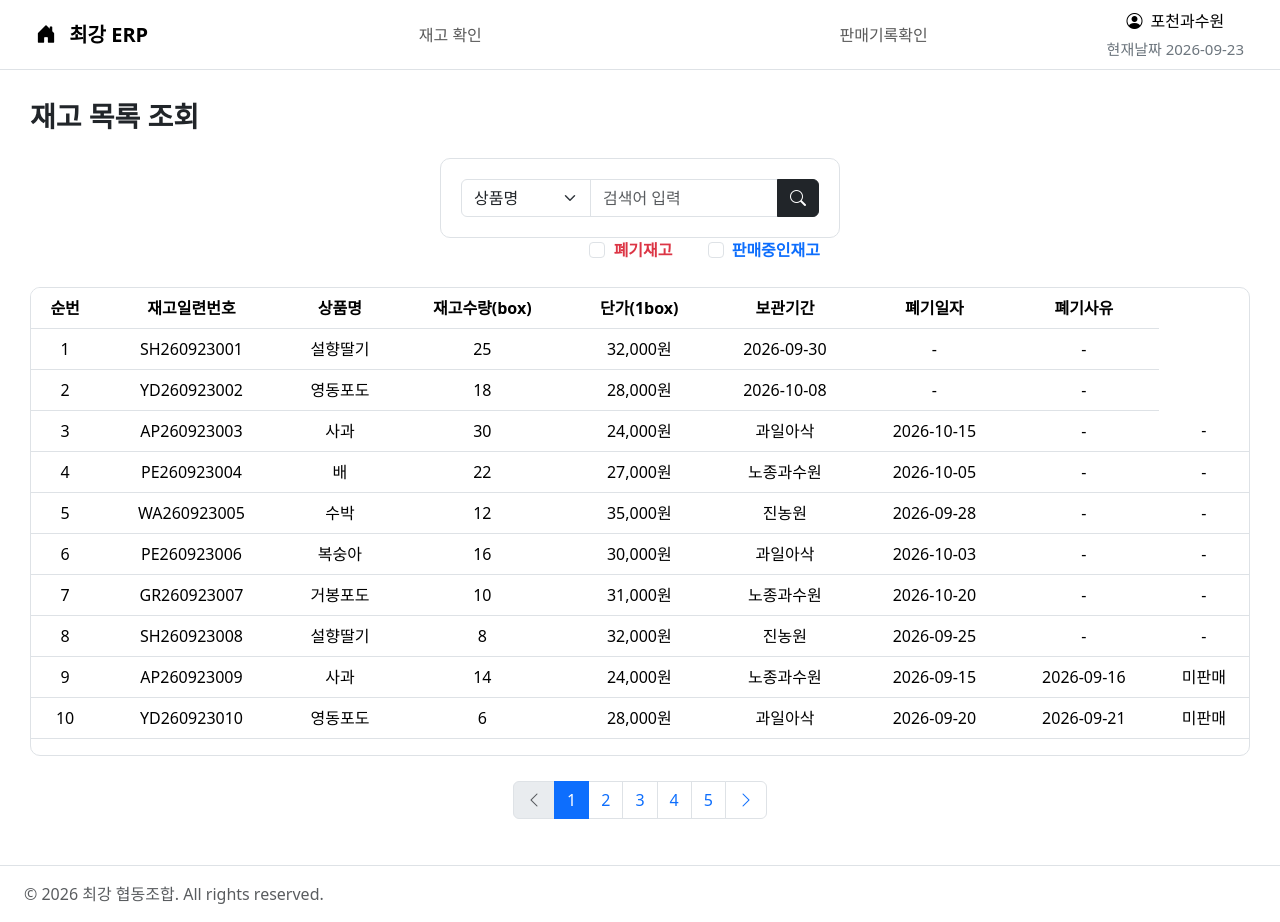
Repository: nojong99/kosta
Page: http://localhost/32_MVCModel2/view/memberInventoryList.jsp
The author's editor kept a copy of each file at every save. The page is drawn from the files as they stood at one save, then again after the next save.
The browser window is 1280 px wide. The pictures show the whole page.
The page is served by Tomcat 9.

Above is the page before, as saved 2026-09-23 07:31:40.

After the next save:
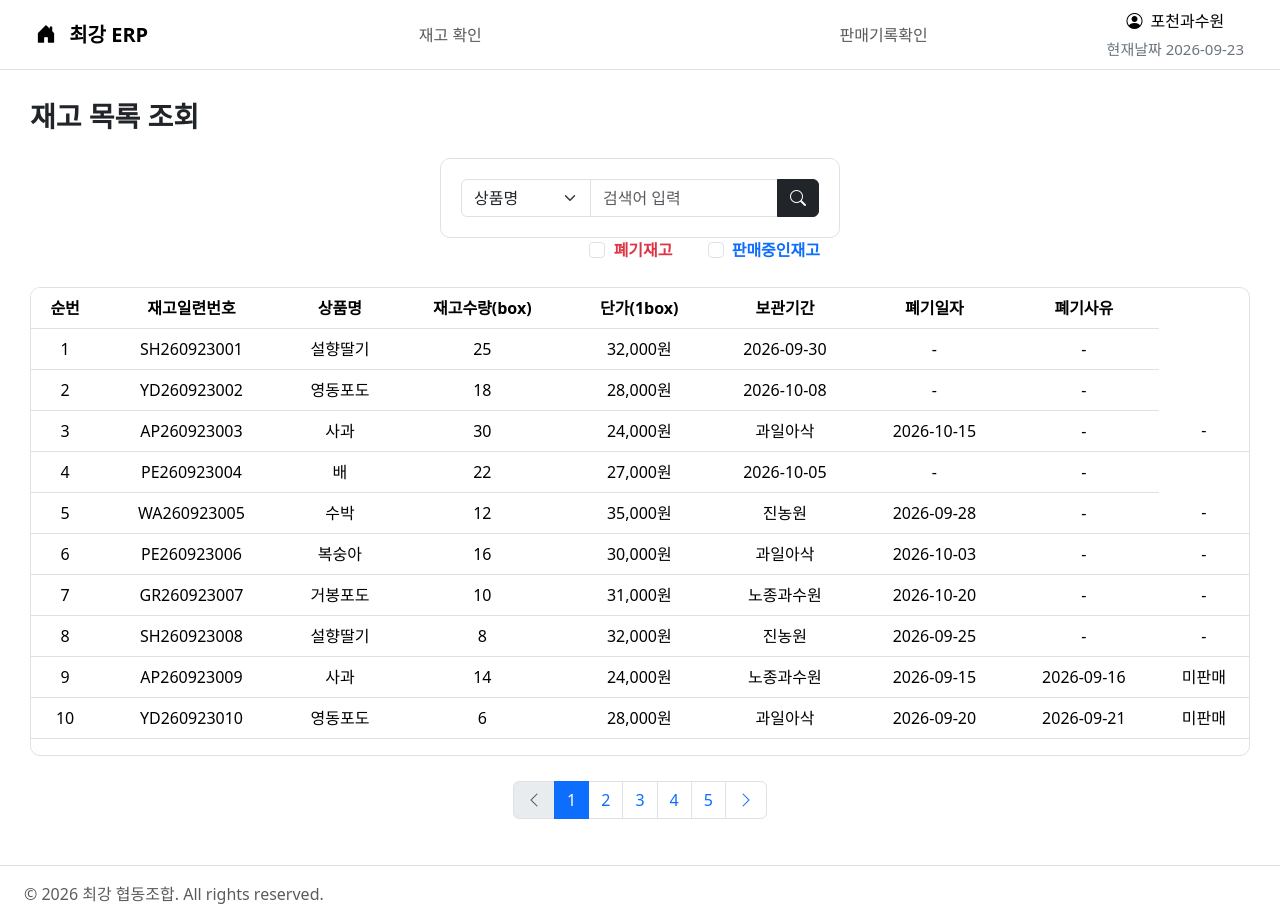
Saved 8 s later.
--- a/32_MVCModel2/src/main/webapp/view/memberInventoryList.jsp
+++ b/32_MVCModel2/src/main/webapp/view/memberInventoryList.jsp
@@ -135,7 +135,6 @@
 						<td>배</td>
 						<td>22</td>
 						<td>27,000원</td>
-						<td>노종과수원</td>
 						<td>2026-10-05</td>
 						<td>-</td>
 						<td>-</td>
